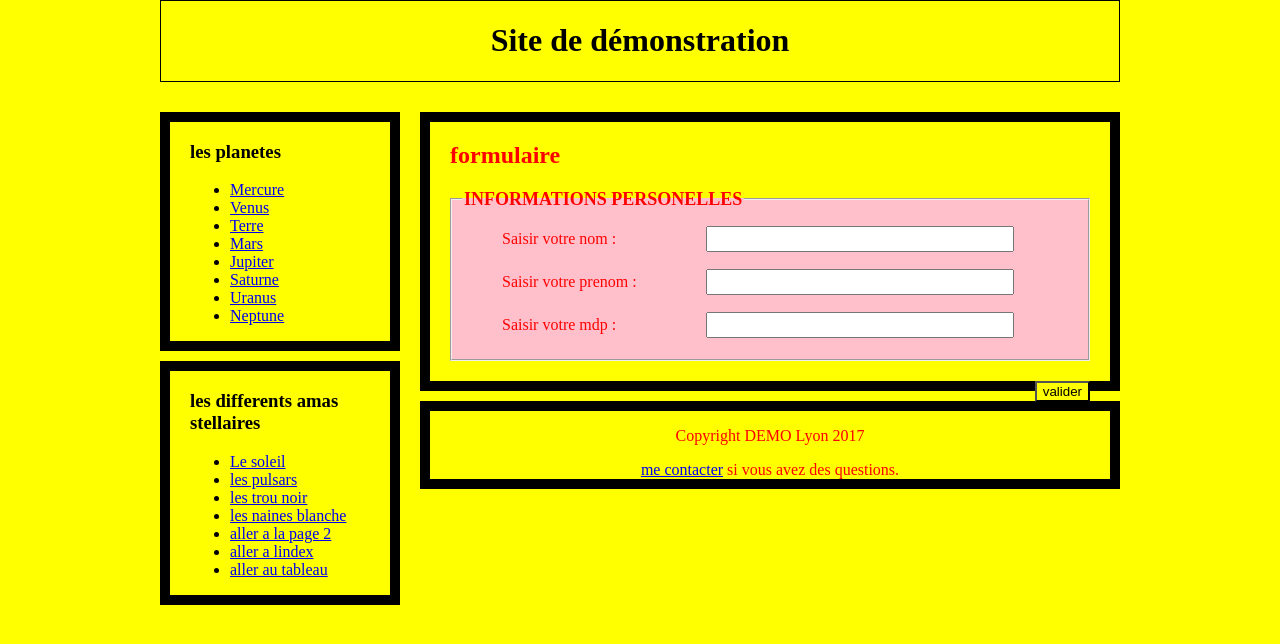
Repository: Poulpyto/fitec
Page: workspaceHtmlFlo/ModelePage1Flo/WebContent/formulaire.html
The author's editor kept a copy of each file at every save. The page is drawn from the files as they stood at one save, then again after the next save.
The browser window is 1280 px wide. The pictures show the whole page.

Above is the page before, as saved 2017-04-04 14:56:37.

### workspaceHtmlFlo/ModelePage1Flo/WebContent/formulaire.html
<!DOCTYPE html>
<html>
<head>

<meta charset="UTF-8">
<title>Modele 1</title>
<meta name="viewport" content="width=device-width, initial-scale=1.0" /><!-- recup taille terminal utiliser , premiere etape pr respnosivité*/ -->
<link rel="stylesheet" href="css/style.css" />
</head>

<body>
	<div id="entete">
		<h1>Site de démonstration</h1>
	</div>
	<div id="nav">
		<div class="block planete">
			<h3>les planetes</h3>
			<ul>
				<li><a href= "#">Mercure</a></li>
				<li><a href= "#">Venus</a></li>
				<li><a href= "#">Terre</a></li>
				<li><a href= "#">Mars</a></li>
				<li><a href= "#">Jupiter</a></li>
				<li><a href= "#">Saturne</a></li>
				<li><a href= "#">Uranus</a></li>
				<li><a href= "#">Neptune</a></li>
			</ul>
		</div>
	<div class="block espace">
		<h3>les differents amas stellaires</h3>
		<ul>
			<li><a href= "#">Le soleil</a></li>
			<li><a href= "#">les pulsars</a></li>
			<li><a href= "#">les trou noir</a></li>
			<li><a href= "#">les naines blanche</a></li>
			<li><a href= "page2.html">aller a la page 2 </a></li>
			<li><a href= "index.html">aller a lindex </a></li>
			<li><a href= "tableau.html">aller au tableau </a></li>
		</ul>
	</div>
	</div>
	<div id="content">
		<div class="block">
			<h2>formulaire</h2>
			<form method = "post" action="#">
				<fieldset id="section-1">
				<legend>Informations personelles</legend>
				<label for="nom">Saisir votre nom :</label>
				<input type="text" name="nom" id="nom"/>
			<br/>
				<label for="prenom">Saisir votre prenom :</label>
				<input type="text" name="prenom" id="prenom"/>
			<br/>
				<label for="ndp">Saisir votre mdp :</label>
				<input type="password" name="mdp" id="mdp"/>
			<br/>
				</fieldset>
				<input type="submit" value="valider"/>
			</form>
		</div>
	<div class="block footer">
		<p> Copyright DEMO Lyon 2017</p>
		<a href="mailto:contact@example.com">me contacter</a> si vous avez des questions.
	</div>
	</div>
</body>

</html>

### workspaceHtmlFlo/ModelePage1Flo/WebContent/css/style.css
@CHARSET "UTF-8";
/*media queries*/
/*si la taille de l'ecran est <680px */
td, th{
	border:1px solid black;
	padding: 10px;
}
table{
	border-collapse:collapse;
	margin-bottom: 10px;
}
#section-1{
	background-color: pink;
	padding:10px;
	margin:20px 0px;
}
legend{
	font-weight: bold;
	text-transform: uppercase;
	font-size: 18px;
	color : red;
}
#section-1 input{
	width: 300px;
	height: 20px;
}
#section-1 label{
	display: inline-block;
	width: 200px;
	padding:10px 0px 15px 40px;
}
@media screen and (max-width:680px)
{
body {
	width: 100%;
	margin: 0 auto;
	background-color: grey;
}

#entete{
	border: 1px solid black;
	margin-bottom: 20px;
	padding: 0 20px;
	text-align:center;
}

#nav {
	width: 100%;

}

#content {
	width:100%;
	color: red;

}

.block{
	border: 10px solid black;
	margin-top: 10px;
	padding: 0 20px;
}
.footer{
	text-align: center;
}
}
input[type="submit"]{
	float: right;
	background-color: yellow;
	margin-bottom: 10px;
}
/*si la taille de l'ecran est comprise entre 681 et 1279px*/
@media screen and (min-width:681px) and (max-width:1279px)
{
body {
	width: 100%;
	margin: 0 auto;
	background-color: cyan;
}


#entete{
	border: 1px solid black;
	margin-bottom: 20px;
	padding: 0 20px;
	text-align:center;
}

#nav {
	width: 100%;
}

.planete{
	float: left;
	width: 40%;
	color : green;
}
.espace{
	float: right;
	width: 40%;
	height: 225px;
}
#content {
	width:100%;
	color: red;
	float:right;
}

.block{
	border: 10px solid black;
	margin-top: 10px;
	padding: 0 20px;

}

.footer{
	text-align: center;
	width:100%;
}
}
/*si la taille est > 1279px*/
@media screen and (min-width:1280px)
{
body {
	width: 960px;
	margin: 0 auto;
	background-color: yellow;
}

#entete{
	border: 1px solid black;
	margin-bottom: 20px;
	padding: 0 20px;
	text-align:center;
}

#nav {
	width: 240px;
	float: left;
}

#content {
	width:700px;
	float: right;
	color: red;

}

.block{
	border: 10px solid black;
	margin-top: 10px;
	padding: 0 20px;
}
.footer{
	text-align: center;
}
}

After the next save:
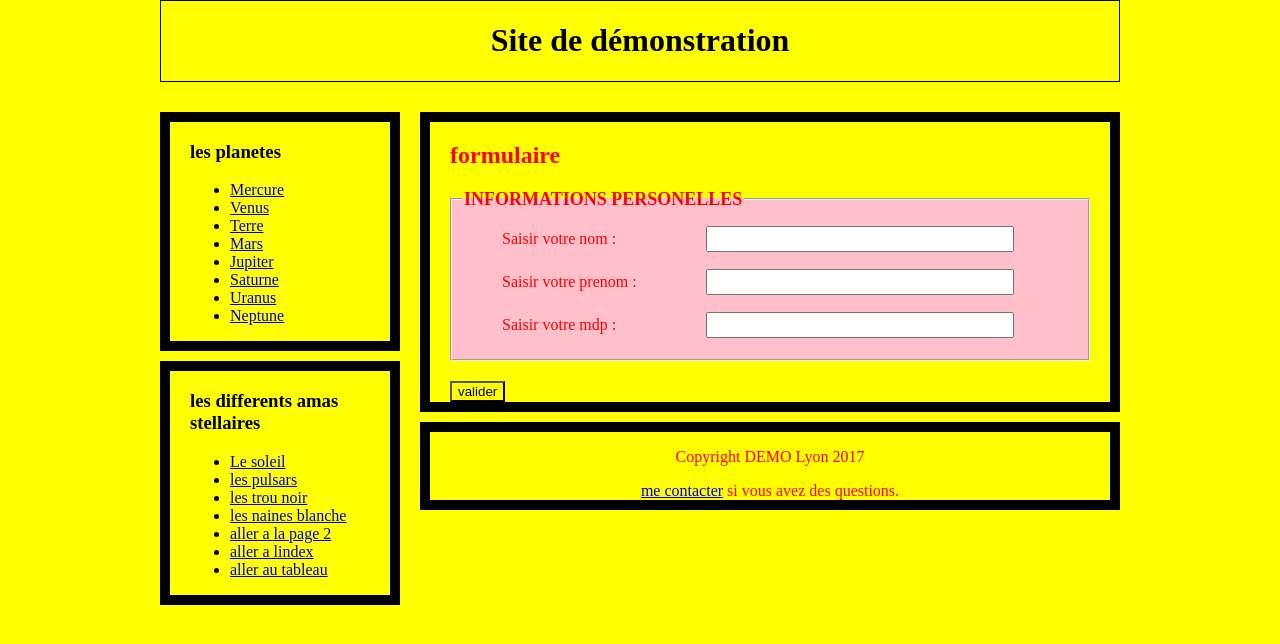
Saved 27 s later.
--- a/workspaceHtmlFlo/ModelePage1Flo/WebContent/css/style.css
+++ b/workspaceHtmlFlo/ModelePage1Flo/WebContent/css/style.css
@@ -65,9 +65,7 @@ body {
 }
 }
 input[type="submit"]{
-	float: right;
 	background-color: yellow;
-	margin-bottom: 10px;
 }
 /*si la taille de l'ecran est comprise entre 681 et 1279px*/
 @media screen and (min-width:681px) and (max-width:1279px)
